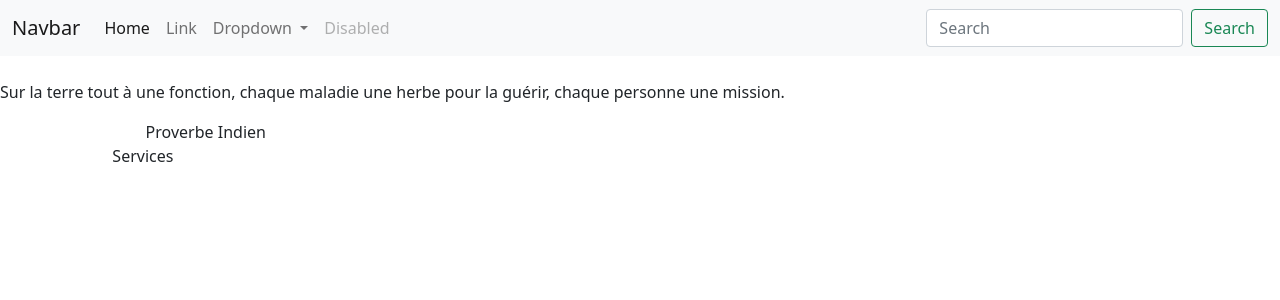
Repository: Omistusama/association
Page: index.html
The author's editor kept a copy of each file at every save. The page is drawn from the files as they stood at one save, then again after the next save.
The browser window is 1280 px wide. The pictures show the whole page.
Some web libraries are served in a nearby version.

Above is the page before, as saved 2021-02-24 14:37:35.

### index.html
<!DOCTYPE html>
<!--
    Page web créé dans le cadre de l'évaluation du 23/02/2021
    Auteur : Assia LATTI
    Email : lattiassia@gmail.com
-->
<html lang="fr">
    <head><meta charset="UTF-8">
        <meta charset="UTF-8"><meta name="author" content="Assia LATTI">
        <meta name="description" content="Découvrez en quoi vos anciens jouets ont été transformés !">
        <meta name="viewport" content="width=device-width, initial-scale=1.0">
        <link href="https://cdn.jsdelivr.net/npm/bootstrap@5.0.0-beta2/dist/css/bootstrap.min.css" rel="stylesheet" integrity="sha384-BmbxuPwQa2lc/FVzBcNJ7UAyJxM6wuqIj61tLrc4wSX0szH/Ev+nYRRuWlolflfl" crossorigin="anonymous">
        <script src="https://cdn.jsdelivr.net/npm/bootstrap@5.0.0-beta2/dist/js/bootstrap.bundle.min.js" integrity="sha384-b5kHyXgcpbZJO/tY9Ul7kGkf1S0CWuKcCD38l8YkeH8z8QjE0GmW1gYU5S9FOnJ0" crossorigin="anonymous"></script>
        <script src="https://cdn.jsdelivr.net/npm/@popperjs/core@2.6.0/dist/umd/popper.min.js" integrity="sha384-KsvD1yqQ1/1+IA7gi3P0tyJcT3vR+NdBTt13hSJ2lnve8agRGXTTyNaBYmCR/Nwi" crossorigin="anonymous"></script>
        <script src="https://cdn.jsdelivr.net/npm/bootstrap@5.0.0-beta2/dist/js/bootstrap.min.js" integrity="sha384-nsg8ua9HAw1y0W1btsyWgBklPnCUAFLuTMS2G72MMONqmOymq585AcH49TLBQObG" crossorigin="anonymous"></script>
        <title>ToyTo - Quand vos Jouets se transforment </title>
    </head>
  <body>
        <header>
            <nav class="navbar navbar-expand-lg navbar-light bg-light">
                <div class="container-fluid">
                  <a class="navbar-brand" href="#">Navbar</a>
                  <button class="navbar-toggler" type="button" data-bs-toggle="collapse" data-bs-target="#navbarSupportedContent" aria-controls="navbarSupportedContent" aria-expanded="false" aria-label="Toggle navigation">
                    <span class="navbar-toggler-icon"></span>
                  </button>
                  <div class="collapse navbar-collapse" id="navbarSupportedContent">
                    <ul class="navbar-nav me-auto mb-2 mb-lg-0">
                      <li class="nav-item">
                        <a class="nav-link active" aria-current="page" href="#">Home</a>
                      </li>
                      <li class="nav-item">
                        <a class="nav-link" href="#">Link</a>
                      </li>
                      <li class="nav-item dropdown">
                        <a class="nav-link dropdown-toggle" href="#" id="navbarDropdown" role="button" data-bs-toggle="dropdown" aria-expanded="false">
                          Dropdown
                        </a>
                        <ul class="dropdown-menu" aria-labelledby="navbarDropdown">
                          <li><a class="dropdown-item" href="#">Action</a></li>
                          <li><a class="dropdown-item" href="#">Another action</a></li>
                          <li><hr class="dropdown-divider"></li>
                          <li><a class="dropdown-item" href="#">Something else here</a></li>
                        </ul>
                      </li>
                      <li class="nav-item">
                        <a class="nav-link disabled" href="#" tabindex="-1" aria-disabled="true">Disabled</a>
                      </li>
                    </ul>
                    <form class="d-flex">
                      <input class="form-control me-2" type="search" placeholder="Search" aria-label="Search">
                      <button class="btn btn-outline-success" type="submit">Search</button>
                    </form>
                  </div>
                </div>
              </nav>
        </header>
        <div class="container">
            <figure class="text-center">
                <blockquote class="blockquote">
                    <p>Sur la terre tout à une fonction, chaque maladie une herbe pour la guérir, chaque personne une mission.</p>
                </blockquote>
                <figcaption class="blockquote-footer"> Proverbe <cite title="Indien">Indien</cite></figcaption>
            </figure>
            <div>
                <div class="text-center">
                    <h1 class="display-5">Services</h1>
                </div>

            </div>
        </div>
    </body>
</html>

After the next save:
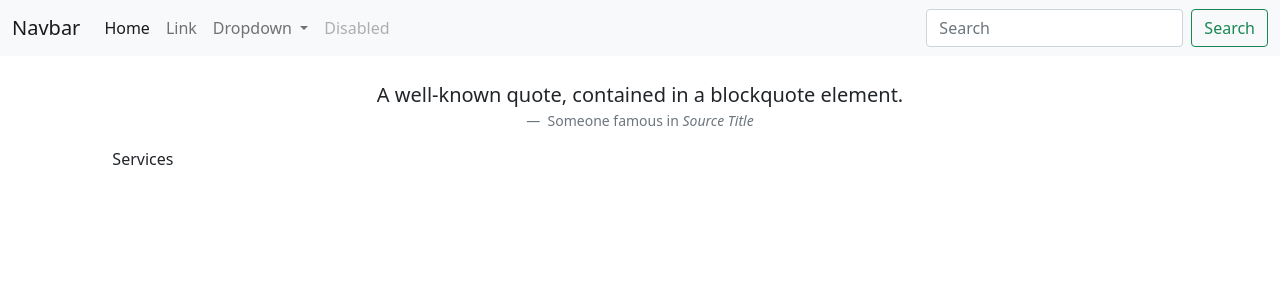
Saved 31 s later.
--- a/index.html
+++ b/index.html
@@ -55,12 +55,14 @@
               </nav>
         </header>
         <div class="container">
-            <figure class="text-center">
-                <blockquote class="blockquote">
-                    <p>Sur la terre tout à une fonction, chaque maladie une herbe pour la guérir, chaque personne une mission.</p>
+            <figure class="text-center">
+                <blockquote class="blockquote">
+                  <p>A well-known quote, contained in a blockquote element.</p>
                 </blockquote>
-                <figcaption class="blockquote-footer"> Proverbe <cite title="Indien">Indien</cite></figcaption>
-            </figure>
+                <figcaption class="blockquote-footer">
+                  Someone famous in <cite title="Source Title">Source Title</cite>
+                </figcaption>
+              </figure>
             <div>
                 <div class="text-center">
                     <h1 class="display-5">Services</h1>
